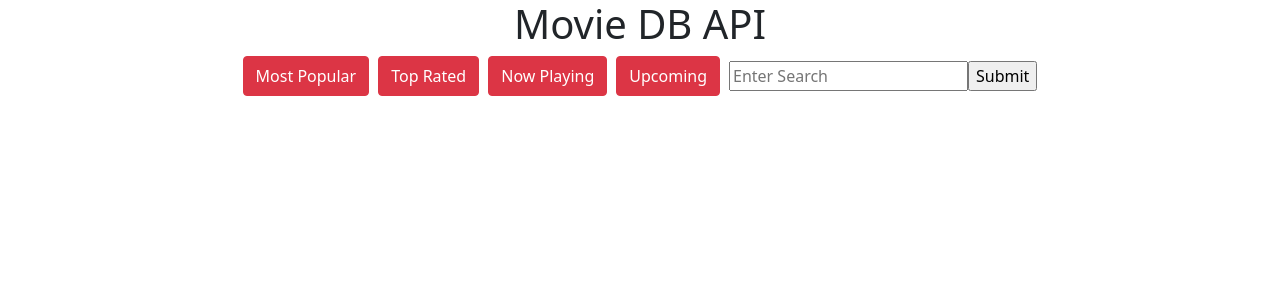
Repository: chaampavictor/moviedbapi
Page: /
An editor plug-in stored every save of this project. The page is shown before and after the next save, followed by the edit.
The browser window is 1280 px wide. The pictures show the whole page.
The page's requests for data from a server got no answer. The project was rebuilt for these pictures with package versions that can differ from the ones it lists, and the page was loaded fresh each time. No one was signed in, and anything a server would have sent is missing.

Above is the page before, as saved 2022-01-13 13:02:41.

After the next save:
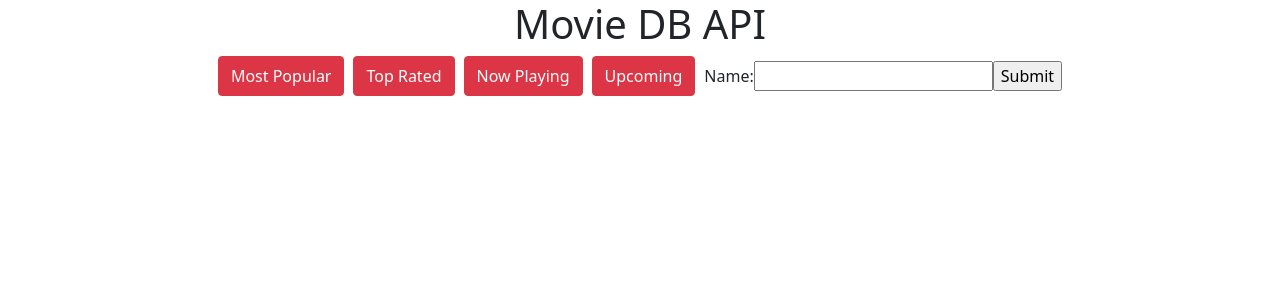
Saved 35 s later.
--- a/src/App.js
+++ b/src/App.js
@@ -7,7 +7,7 @@ import Container from "react-bootstrap/Container";
 import Row from "react-bootstrap/Row";
 import Col from "react-bootstrap/Col";
 import Button from "react-bootstrap/Button";
-import { Search } from "./search";
+import { Search } from "./components/search";
 const api_key = "872c70d736d1ef4484522f734137927d";
 const BASE_URL = "https://api.themoviedb.org/3";
 const getImage = (path) => `https://image.tmdb.org/t/p/w300/${path}`;

After the save that followed:
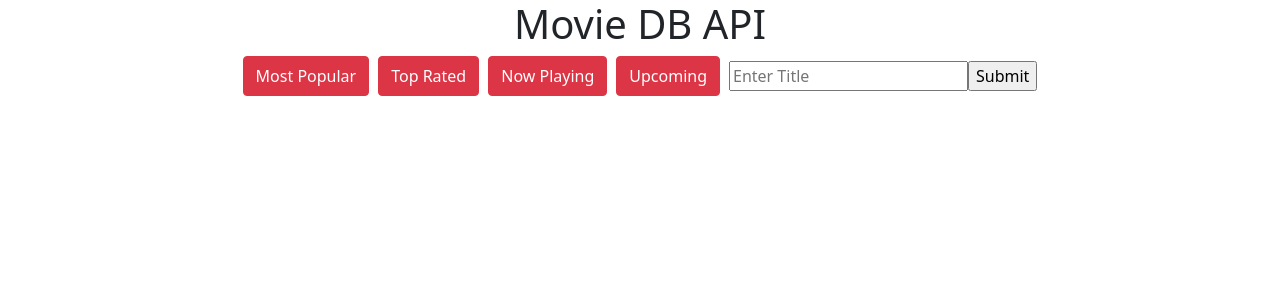
Saved 17 s later.
--- a/src/components/search.js
+++ b/src/components/search.js
@@ -10,11 +10,11 @@ export function Search(props) {
   return (
     <form onSubmit={handleSubmit}>
       <label>
-        Name:
         <input
           type="text"
           value={name}
           onChange={(e) => setName(e.target.value)}
+          placeholder="Enter Title "
         />
       </label>
       <input type="submit" value="Submit" />
